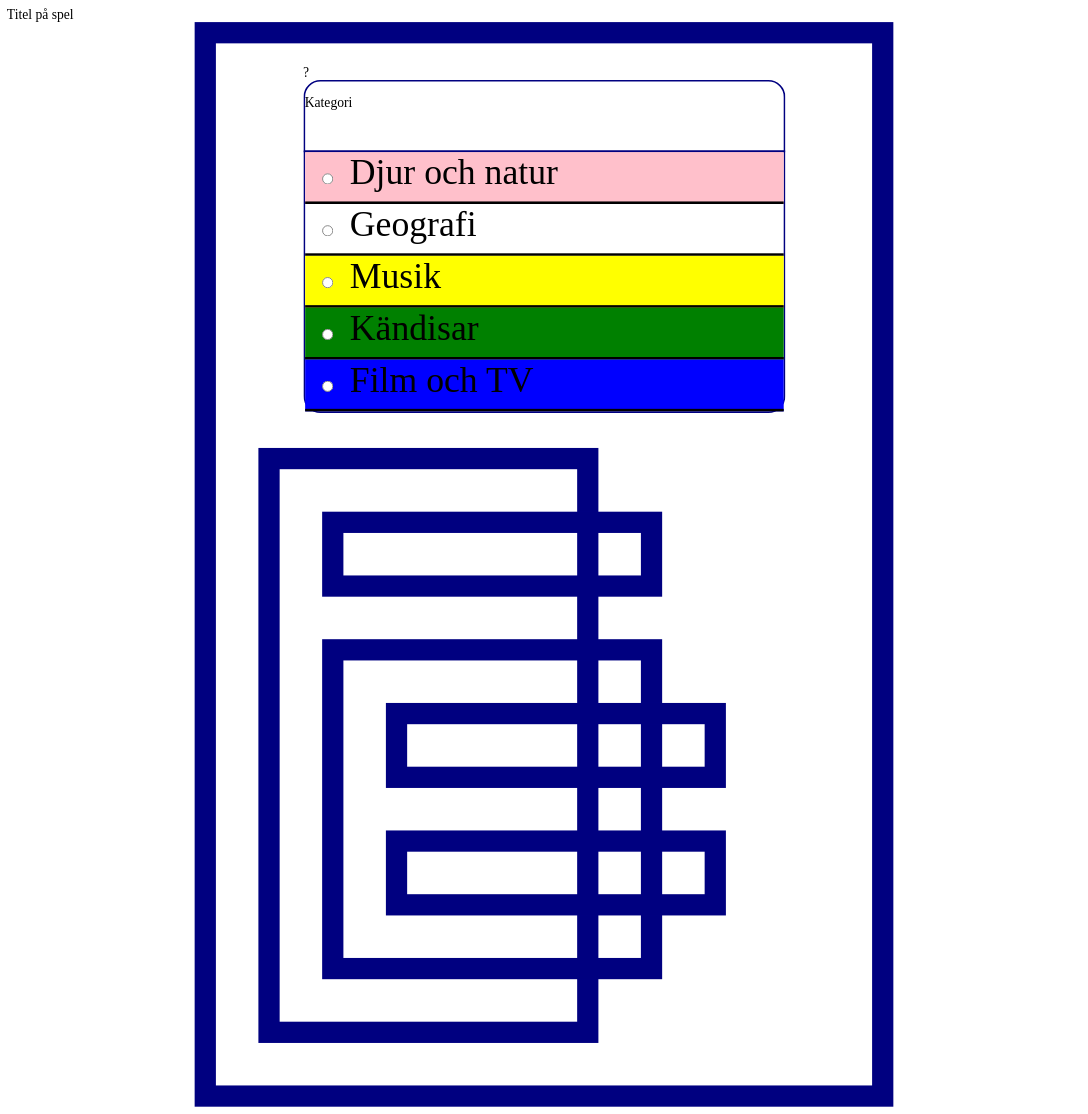
Repository: ed222gg/project2
Page: pages/start.html
The author's editor kept a record of every edit. The page is drawn from the files as they stood at one moment, then again after the next edit.
The browser window is 1280 px wide. The pictures show the whole page, at 85% of full size.

Above is the page before.

After the next edit:
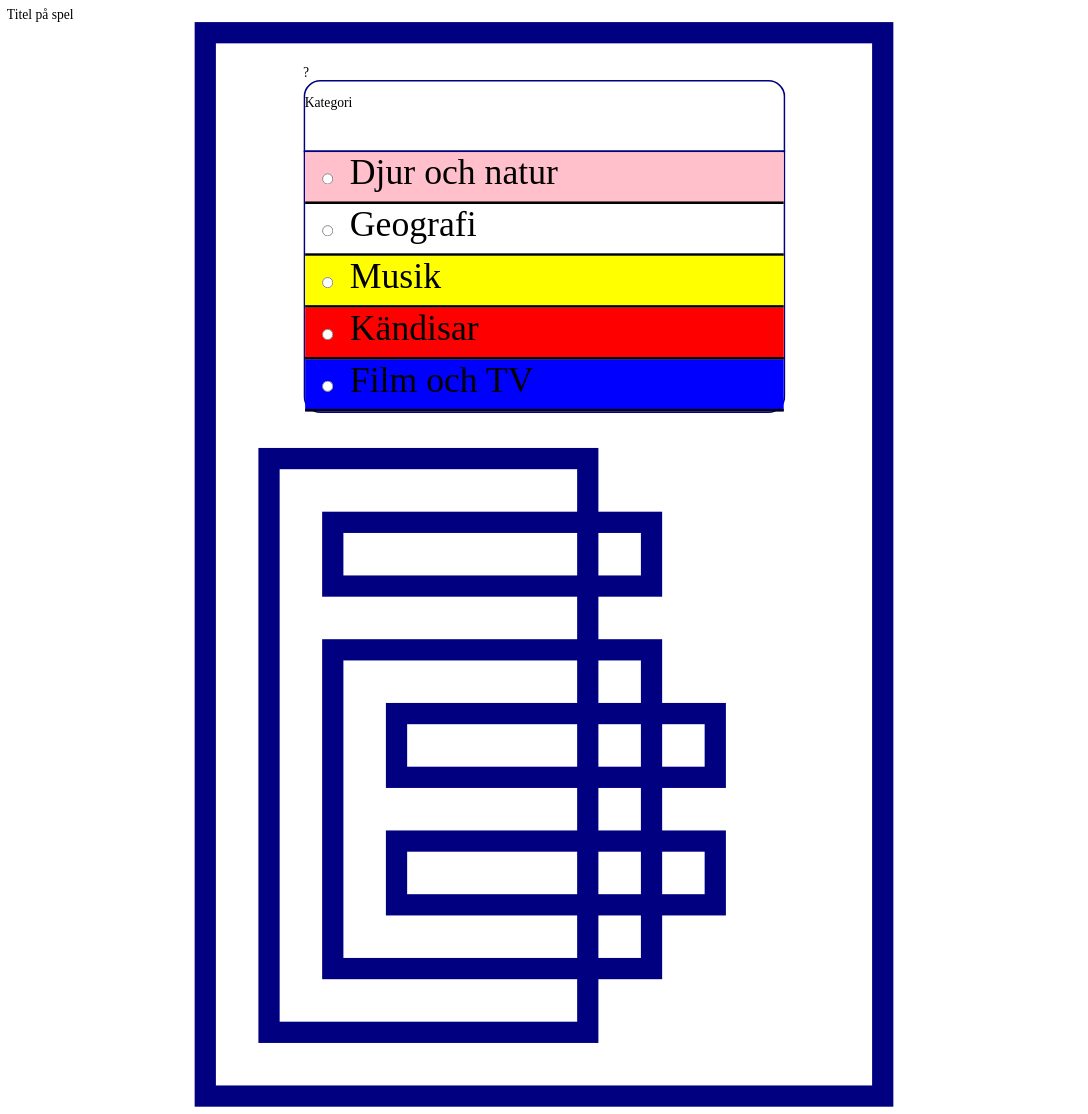
The edit:
--- a/css/style.css
+++ b/css/style.css
@@ -111,7 +111,7 @@
 }
 
 #li3{
-background-color:green;
+background-color:red;
 border-bottom-style: solid;
 }
 #li4{
